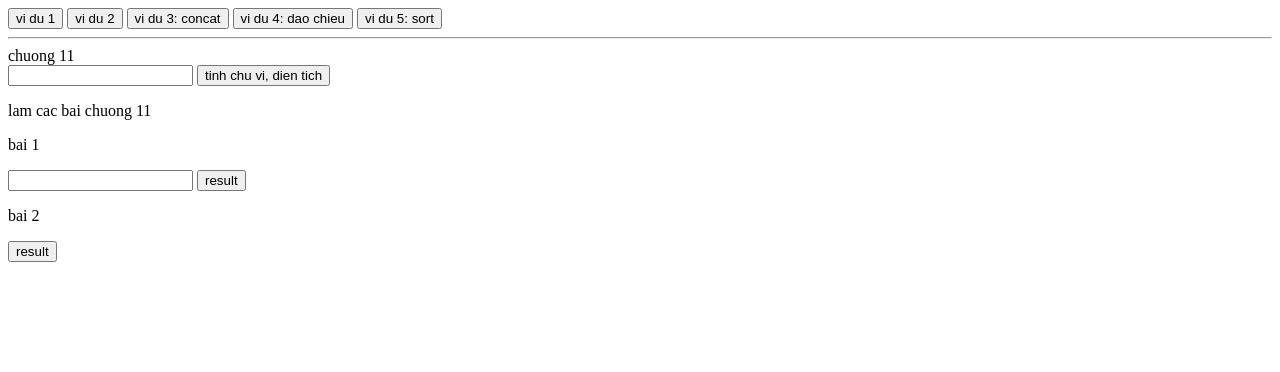
Repository: thanhp6868/ltWeb
Page: 1810/vidu/index.html
The author's editor kept a copy of each file at every save. The page is drawn from the files as they stood at one save, then again after the next save.
The browser window is 1280 px wide. The pictures show the whole page.

Above is the page before, as saved 2023-10-18 16:05:16.

### 1810/vidu/index.html
<!DOCTYPE html>
<html lang="en">
<head>
    <meta charset="UTF-8">
    <meta name="viewport" content="width=device-width, initial-scale=1.0">
    <title>vi du</title>
    <script type="text/javascript" src="vidu.js"></script>
</head>
<body>
    <button onclick="arraytest(false)">vi du 1</button>
    <button onclick="arraytest2()">vi du 2</button>
    <button onclick="concat_VD()">vi du 3: concat</button>
    <button onclick="daochieu()">vi du 4: dao chieu</button>
    <button onclick="arraytest(true)">vi du 5: sort</button>
<hr>
    chuong 11
    <br>
    <input type="number" id="r">
    <button onclick="hinhTron()">tinh chu vi, dien tich</button>
    <p id="ketqua"></p>

    <p>lam cac bai chuong 11</p>

    <p>bai 1</p>
    <input type="text" id="bai1_text">
     <button onclick="bai1()">result</button>
     <p id="result_1"></p>

     <p>bai 2</p>
      <button onclick="bai2()">result</button>
      <p id="result_2"></p>
</body>
</html>

### 1810/vidu/vidu.js
function testreturn(x) {
    var i = 0;
    while (i < 6) {
        if (i == 3)
            break
        i++
    }
    document.write(i * x);
    return (i * x);
}

function arraytest(sort) {
    myArray = new Array(3);
    myArray[0] = "Ha Noi";
    myArray[1] = "Da Nang";
    myArray[2] = "Ho Chi Minh";
    if (sort)
        myArray.sort();
    for (var i in myArray)
        document.writeln(myArray[i] + "<BR>")


}
function arraytest2() {
    a = new Array("a", "b", "c");
    a1 = a.join(); // gán "a,b,c" vào a1
    a2 = a.join(","); // gán "a,b,c" vào a2
    a3 = a.join("+"); // gán "a+b+c" vào a1
    document.writeln(a1 + "<BR>");
    document.writeln(a2 + "<BR>");
    document.writeln(a3 + "<BR>");
}
function concat_VD() {
    a = new Array("a", "b", "c")
    b = new Array(1, 2, 3)
    ab = a.concat(b);
    for (var i in ab)
        document.writeln(ab[i] + ", ");
}
function daochieu() {
    a = new Array("1", "2", "3");
    a.reverse();
    for (var i in a)
        document.writeln(a[i] + "<BR>");
}

function hinhTron() {
    var r = parseFloat(document.getElementById("r").value);

    var chuvi = Math.PI * 2 * r;
    var dientich = Math.PI * r * r;

    document.getElementById("ketqua").innerHTML = "Chu vi: " + chuvi + "<br>" + "dien tich: " + dientich;

}

function bai1() {
    var x = document.getElementById("bai1_text").value;

    document.getElementById("result_1").innerHTML = "lower case: " + x.toLowerCase() + "<br>" + "uppercase: " + x.toUpperCase() + "<br>" + "4th potion: " + x.substring(3, 4) + "<br>" + "length: " + x.length;
}
function bai2() {
    var time = new Date();
    var today = time.getDate();
    var month = time.getMonth();
    var year = time.getUTCFullYear();
    var hour = time.getHours()
    var min = time.getMinutes()
    var sec = time.getSeconds()
    document.getElementById("result_2").innerHTML = "today: " + today + "<br>" + "month: " + month + "<br>" + "year: " + year + "<br>" + "time:" + hour + ":" + min + ":" + sec;
}

function bai3(){

}

After the next save:
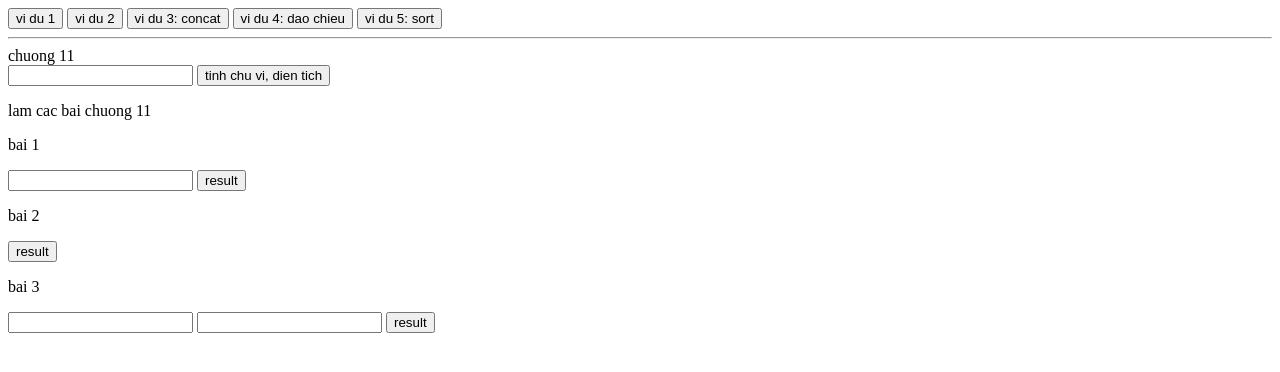
Saved 5 min 3 s later.
--- a/1810/vidu/index.html
+++ b/1810/vidu/index.html
@@ -29,5 +29,13 @@
      <p>bai 2</p>
       <button onclick="bai2()">result</button>
       <p id="result_2"></p>
+
+      <p>bai 3</p>
+    <input type="text" id="bai1_text">
+    <input type="text" id="bai1_text">
+
+     <button onclick="bai1()">result</button>
+     <p id="result_1"></p>
+
 </body>
 </html>
